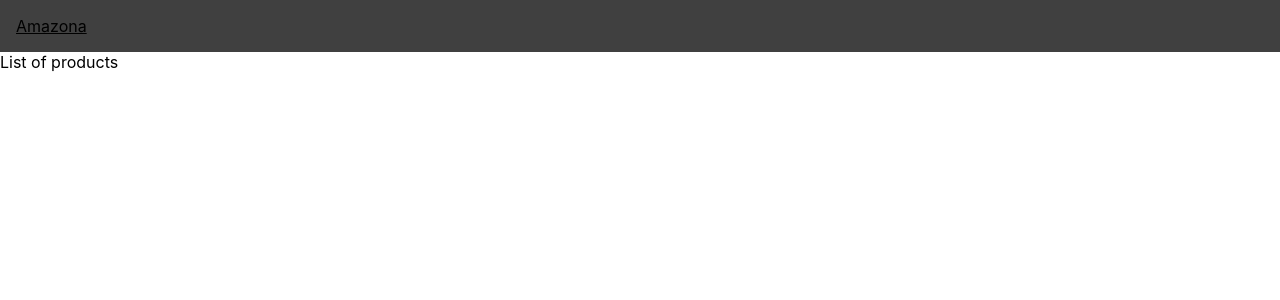
Repository: mahbub-hub/amazana-clone-yt
Page: / (app in frontend/)
An editor plug-in stored every save of this project. The page is shown before and after the next save, followed by the edit.
The browser window is 1280 px wide. The pictures show the whole page.
The project was rebuilt for these pictures with package versions that can differ from the ones it lists, and the page was loaded fresh each time. Also part of the build but not shown: frontend/vite.config.js, frontend/src/App.css.

Above is the page before, as saved 2022-03-05 10:08:28.

After the next save:
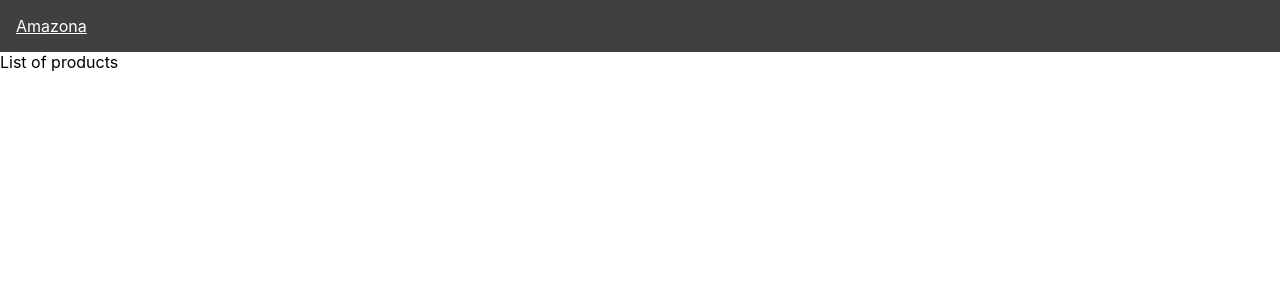
Saved 4 s later.
--- a/frontend/src/index.css
+++ b/frontend/src/index.css
@@ -13,5 +13,5 @@ header {
 }
 
 header a {
-  color: #000;
+  color: #ffffff;
 }
